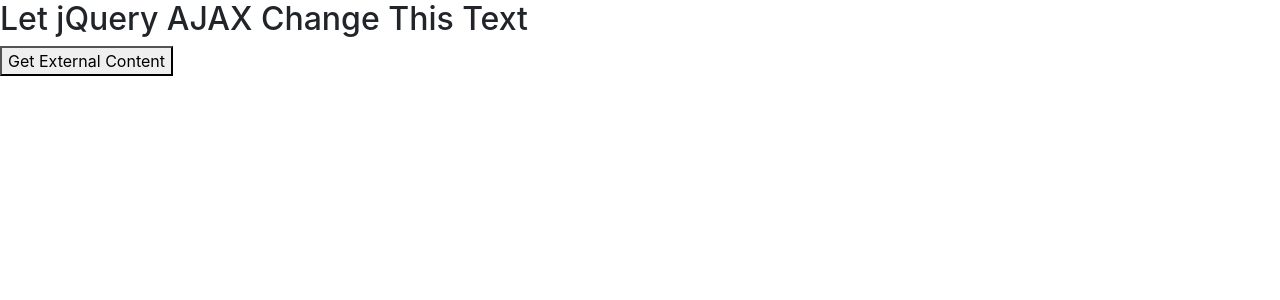
Repository: mindcafe/LiveDataDisplayFrontend
Page: LatestWorkspace/AlMark/WebContent/index2.html
An editor plug-in stored every save of this project. The page is shown before and after the next save, followed by the edit.
The browser window is 1280 px wide. The pictures show the whole page.
After loading, the first visible `button` was clicked once.

Above is the page before, as saved 2018-07-01 00:27:23.
Console error: ReferenceError: ab is not defined

### LatestWorkspace/AlMark/WebContent/index2.html
<!DOCTYPE html PUBLIC "-//W3C//DTD HTML 4.01 Transitional//EN" "http://www.w3.org/TR/html4/loose.dtd">
<html>
<head>
<meta http-equiv="Content-Type" content="text/html; charset=ISO-8859-1">
<title>ALMark</title>
<meta name="viewport" content="width=device-width, initial-scale=1">
  <link rel="stylesheet" href="libraries/bootstrap.min.css">
<!--   <script src="libraries/jquery-3.3.1.min.js"></script>
 -->
 <script src="https://ajax.googleapis.com/ajax/libs/jquery/3.3.1/jquery.min.js"></script>
   <script src="libraries/jquery-3.3.1.min.map"></script>
  <script src="libraries/bootstrap.bundle.min.js"></script>

  <script>
$(document).ready(function(){
    $("button").click(function(){
        $.ajax({url: 'xml/witsmlData_1sec.xml',/*
        	dataType: 'xml' */ success: function(result){
           	console.log(result);

           	var a = $(result).find('note').find('to').text();
           	var b = $(result).find('note').find('body').text();
           	/* console.log(s); */

           	$('#div1').append(ab);
        	/* $("#div1").html(s); */

        }});
    });
});
</script>

 </head>
<body>

<div id="div1"><h2>Let jQuery AJAX Change This Text</h2></div>

<button>Get External Content</button>

</div>
</body>
</html>

Loaded but not shown: LatestWorkspace/AlMark/WebContent/libraries/bootstrap.min.css (library); LatestWorkspace/AlMark/WebContent/libraries/bootstrap.bundle.min.js (library)

After the next save:
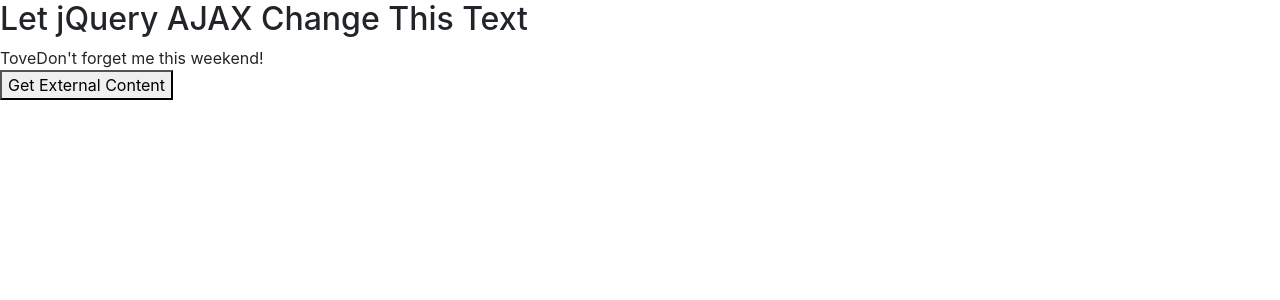
The error is gone.
Saved 39 s later.
--- a/LatestWorkspace/AlMark/WebContent/index2.html
+++ b/LatestWorkspace/AlMark/WebContent/index2.html
@@ -22,7 +22,7 @@
            	var b = $(result).find('note').find('body').text();
            	/* console.log(s); */
 
-           	$('#div1').append(ab);
+           	$('#div1').append(a + b);
         	/* $("#div1").html(s); */
 
         }});
